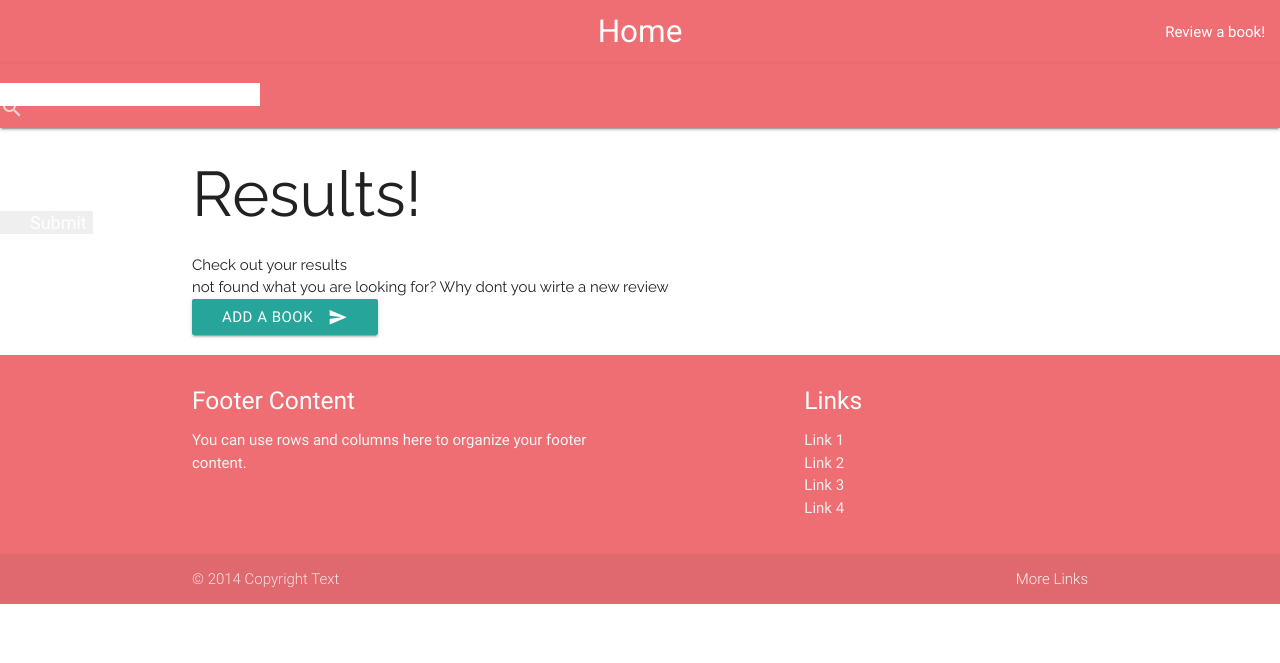
Repository: h8130084/bookReview
Page: http://localhost/search
The author's editor kept a record of every edit. The page is drawn from the files as they stood at one moment, then again after the next edit.
The browser window is 1280 px wide. The pictures show the whole page.
Some web libraries are served in a nearby version. The page is served by the project's application, run on Flask 3 (app.py). Queries for data that is not in the repository find no rows.

Above is the page before.
Console error: ReferenceError: M is not defined

After the next edit:
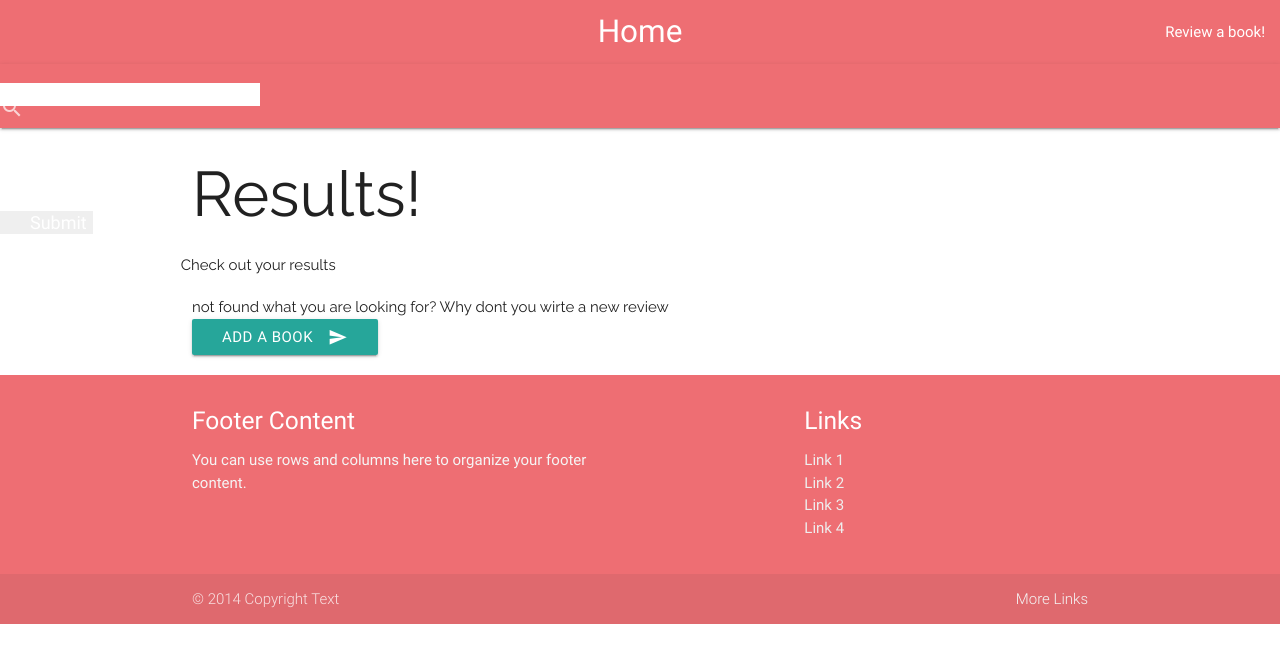
The edit:
--- a/templates/search.html
+++ b/templates/search.html
@@ -2,7 +2,7 @@
 
 <div class="container">
     <h1> Results!</h1>
-    <div class="sub-heading" "row"> Check out your results</div>
+    <div class="sub-heading row"> Check out your results</div>
 
 
 {% for results in book %}
